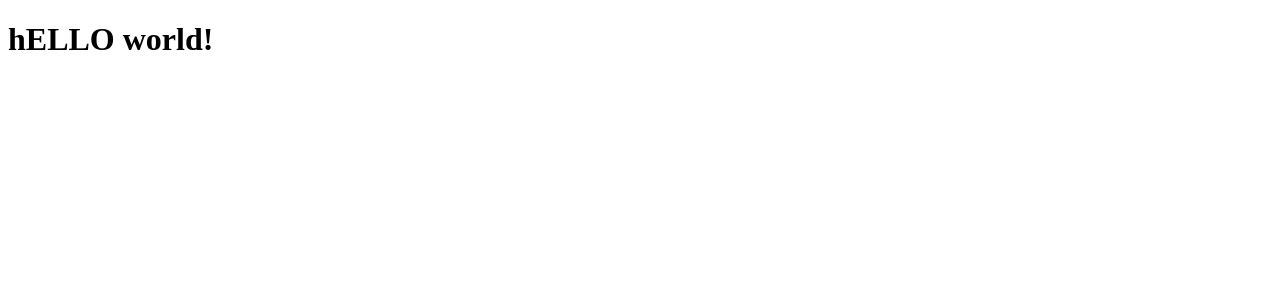
Repository: BlueBubbleWei/java
Page: http://localhost/MyWeb/
The author's editor kept a copy of each file at every save. The page is drawn from the files as they stood at one save, then again after the next save.
The browser window is 1280 px wide. The pictures show the whole page.
The page is served by Tomcat 9. Other server files are loaded and not shown.

Above is the page before, as saved 2017-04-14 01:00:23.

### workspace/MyWeb/WebContent/index.jsp

<%@ page language="java" contentType="text/html; charset=ISO-8859-1"
    pageEncoding="ISO-8859-1"%>
<!DOCTYPE html PUBLIC "-//W3C//DTD HTML 4.01 Transitional//EN" "http://www.w3.org/TR/html4/loose.dtd">
<html>
<head>
<meta http-equiv="Content-Type" content="text/html; charset=ISO-8859-1">
<title>Insert title here</title>
<style>
	.content{
		width:50%;
		height:50%;
		margin:0 auto;
	}
</style>
</head>
<body>
<h1>hELLO world!</h1>
	<div class="content">
		<form>
		</form>
	</div>

</body>
</html>

After the next save:
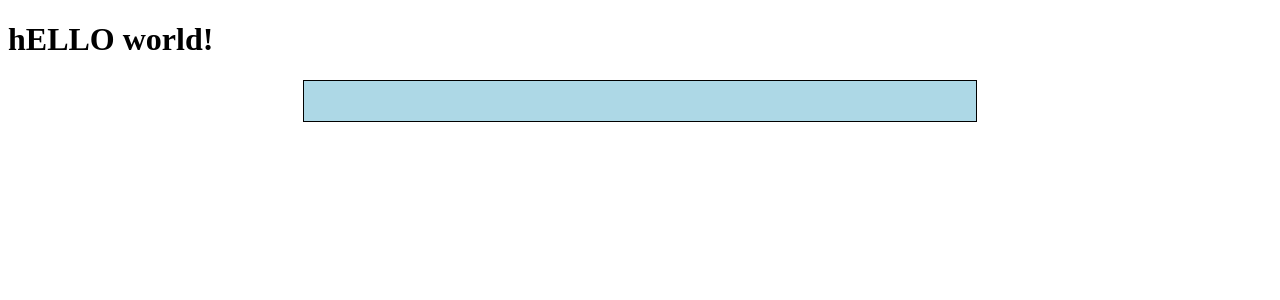
Saved 33 s later.
--- a/workspace/MyWeb/WebContent/index.jsp
+++ b/workspace/MyWeb/WebContent/index.jsp
@@ -11,6 +11,9 @@
 		width:50%;
 		height:50%;
 		margin:0 auto;
+		border:1px solid #000;
+		background:lightblue;
+		padding:20px;
 	}
 </style>
 </head>
